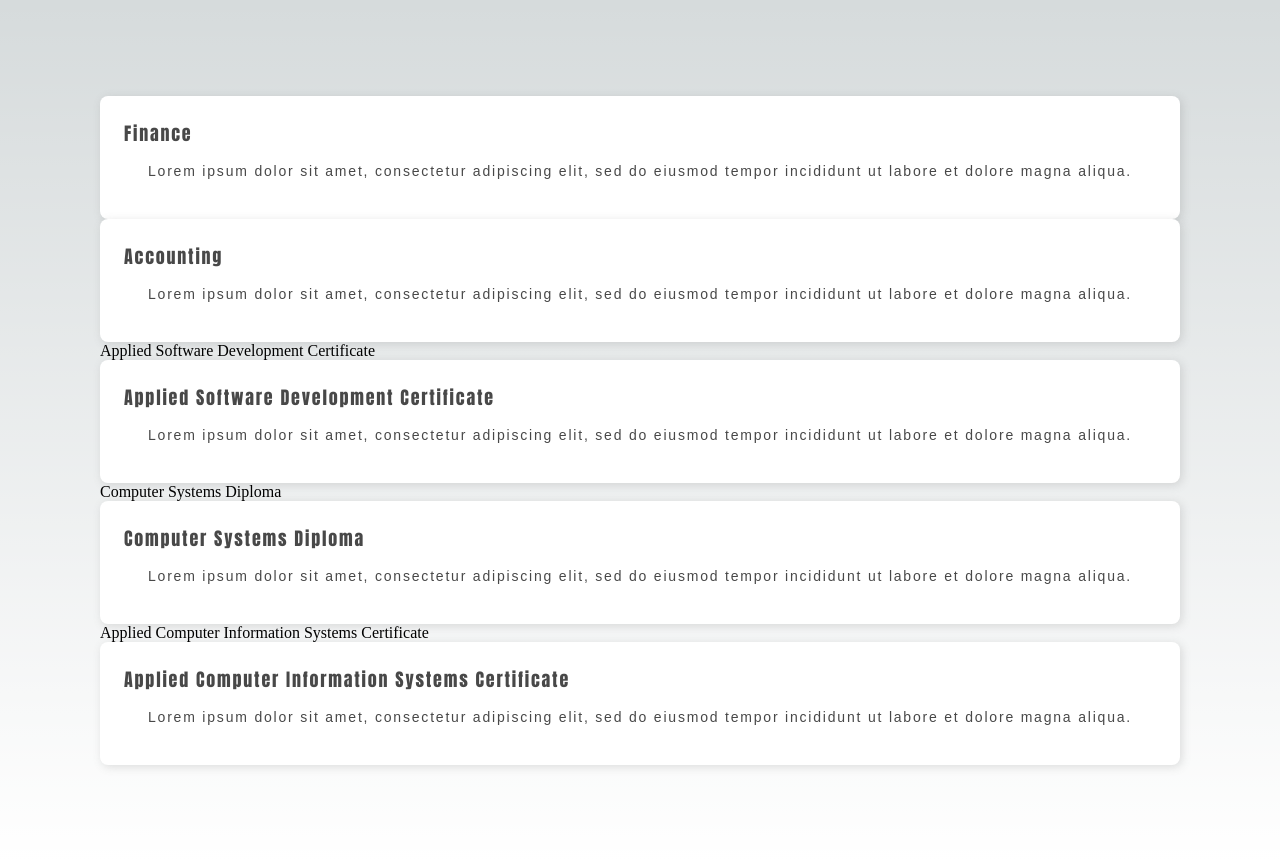
Repository: giovanabirck/class03-vercel-test
Page: /
An editor plug-in stored every save of this project. The page is shown before and after the next save, followed by the edit.
The browser window is 1280 px wide. The pictures show the whole page.
The project was rebuilt for these pictures with package versions that can differ from the ones it lists, and the page was loaded fresh each time. The framework's server and built-in components were replaced by stand-ins that run in the browser. Also part of the build but not shown: next.config.js.

Above is the page before, as saved 2023-01-24 21:28:10.

### pages/index.js
import Head from 'next/head'
import Image from 'next/image'
import { Inter } from '@next/font/google'
import styles from '../styles/Home.module.css'
import data from '../data/education.json'
import { useState } from 'react'
import Card from '../components/Card'
import Link from 'next/link'
import Menu from '../components/Menu'

const inter = Inter({ subsets: ['latin'] })

export default function Home() {

  console.log(data);
  const [information, setInformation] = useState([...data]);


  return (
    <>
      <Head>
        <title>Programs</title>
        <meta name="description" content="Generated by create next app" />
        <meta name="viewport" content="width=device-width, initial-scale=1" />
        <link rel="icon" href="/favicon.ico" />
        <Menu/>
      </Head>
      <main className={styles.main}>

        {
          information && information.map((info, index) => {
            if(info.department === "Business") {
              return(
                <div key={index}>

                  <Card key={index} degree={info.degree} color="red" font="10px"/>
                </div>
              )
            }
          })
        }

        {
          information && information.map((info, index) => {
            if(info.department === "Computing") {
              return(
                <div key={index}>
                  {info.degree}
                  <Card key={index} degree={info.degree} color="blue" font="50px"/>
                </div>
              )
            }
          })
        }
      </main>

    </>
  )
}

### data/education.json
[
    {
        "studentNumber": "A0004567",
        "firstName": "Person 1",
        "gpa": 3.8,
        "department": "Business",
        "degree": "Finance",
        "graduted": 2014
    },
    {
        "studentNumber": "A0001234",
        "firstName": "Person 2",
        "gpa": 3.5,
        "department": "Business",
        "degree": "Accounting",
        "graduted": 2010
    },
    {
        "studentNumber": "A0007890",
        "firstName": "Person 3",
        "gpa": 3.2,
        "department": "Computing",
        "degree": "Applied Software Development Certificate",
        "graduted": 2018
    },
    {
        "studentNumber": "A0007828",
        "firstName": "Person 4",
        "gpa": 3.9,
        "department": "Computing",
        "degree": "Computer Systems Diploma",
        "graduted": 2021
    },
    {
        "studentNumber": "A0003425",
        "firstName": "Person 5",
        "gpa": 3.2,
        "department": "Computing",
        "degree": "Applied Computer Information Systems Certificate",
        "graduted": 2021
    }
]

### components/Card/index.js


export default function Card({
    degree      =   "none",
}) {

    return(
        <div style={{
            backgroundColor: "white",
            padding: "24px",
            fontFamily: "Impact",
            color: "#484848",
            fontSize: "18px",
            letterSpacing: "0.1em",
            display: "flex",
            flexDirection: "column",
            borderRadius: "8px",
            boxShadow: "2px 2px 10px rgb(100, 100, 100, 0.2)"
        }}>
            {degree}
            <br></br>
            <p style={{
                fontFamily: "arial",
                color: "#484848",
                fontSize: "14px",
                padding: "16px 24px"
            }}
            >Lorem ipsum dolor sit amet, consectetur adipiscing elit, sed do eiusmod tempor incididunt ut labore et dolore magna aliqua.</p>
        </div>
    )
}

### components/Menu/index.js

export default function Menu() {
    return(
        <>
        <div style={{
            display: "flex",
        }}>
            <div className="lateral-menu" style={{
                backgroundColor: 'white',
                width: "20%",
                innerHeight: "500px",
                padding: "40px 40px 350px 24px",
                fontFamily: "Arial",
                fontWeight: "bold",
                color: "#A8A8A8",
                }}>

                <h1 style={{
                    fontFamily: "Impact",
                    fontSize: "40px",
                    color: "#5F7AF2",
                    padding: "16px 16px 56px 16px",
                }}>Future
                    <br></br>
                    University
                </h1>

                <br></br>

                <a className="a-employees" href="about" style={{padding:"16px"}}>Employees</a>

                <br></br>

                <p className="p-programs" style={{padding:"48px 16px 16px 16px", color: "#5F7AF2"}}>Programs</p>

                <br></br>

                <p style={{padding:"16px"}}>Lorem ipsum</p>

                <br></br>

                <p style={{padding:"16px"}}>Lorem ipsum</p>

                <br></br>

                <p style={{padding:"16px"}}>Lorem ipsum</p>
            </div>
            <div>
                <div className="top-menu" style={{
                    backgroundColor: "white",
                    width: "200%",
                    display: "flex",
                    height: "96px",
                    alignItems: "center",
                    justifyContent: "space-between",
                }}>
                    <input placeholder="search" style={{
                        fontFamily: "Arial",
                        fontSize: "14px",
                        color: "#5F7AF2",
                        padding: "16px",
                        border: "solid 2px #5F7AF2",
                        borderRadius: "8px",
                        width: "400px",
                        margin: "24px"
                    }}>
                    </input>
                    <h2 style={{
                        fontFamily: "Arial",
                        fontWeight: "bold",
                        fontSize: "16px",
                        color: "#5F7AF2",
                        padding: "16px 40px 16px 16px"
                        }}>Profile Name</h2>
                </div>
                <div id="main-div" style={{
                    backgroundColor: "#EAEBF1",
                    width: "200%",
                    height: "89%"
                }}>
                </div>
            </div>
        </div>
        </>
    )
}

Loaded but not shown: pages/_app.js (common file); pages/_document.js (common file); styles/globals.css (common file); styles/Home.module.css (common file)

After the next save:
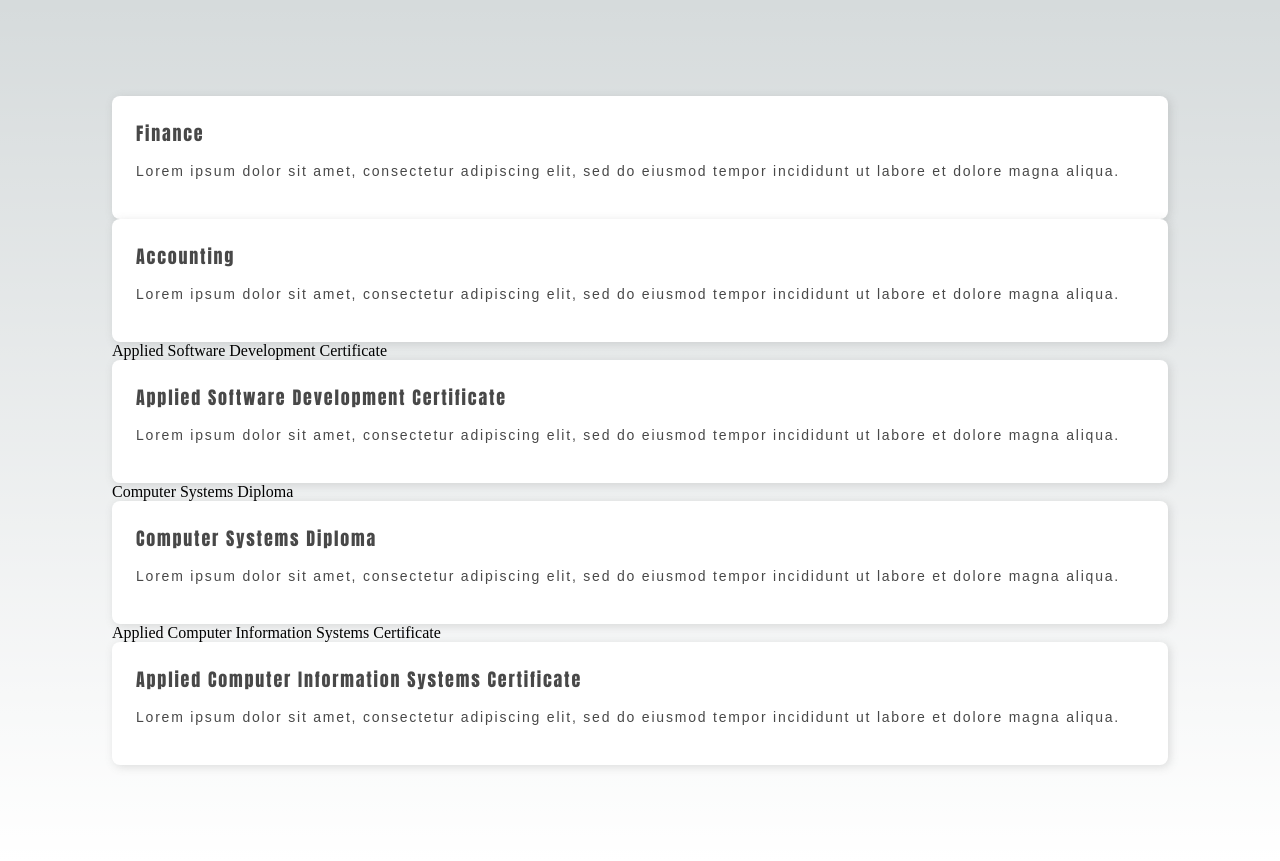
Saved 4 s later.
--- a/components/Card/index.js
+++ b/components/Card/index.js
@@ -23,7 +23,7 @@ export default function Card({
                 fontFamily: "arial",
                 color: "#484848",
                 fontSize: "14px",
-                padding: "16px 24px"
+                padding: "16px 24px 16px 0px"
             }}
             >Lorem ipsum dolor sit amet, consectetur adipiscing elit, sed do eiusmod tempor incididunt ut labore et dolore magna aliqua.</p>
         </div>
